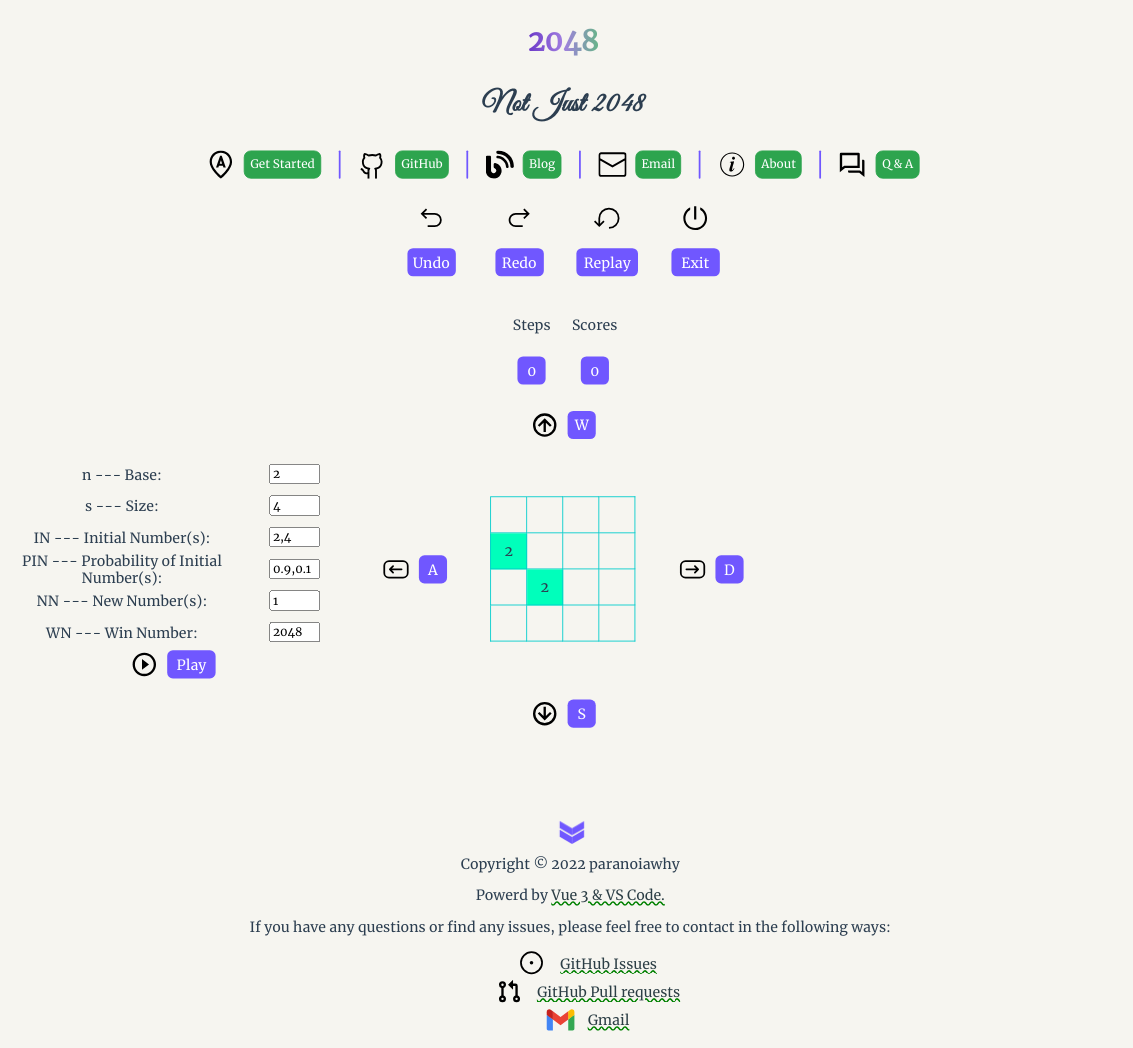
Repository: 321paranoiawhy/2048
Page: /
The author's editor kept a copy of each file at every save. The page is drawn from the files as they stood at one save, then again after the next save.
The browser window is 1280 px wide. The page is 1288 px wide, so the pictures cover 1288 px, including what lies to the right of the window. The pictures show the whole page, at 88% of full size.
The project was rebuilt for these pictures with package versions that can differ from the ones it lists, and the page was loaded fresh each time. Also part of the build but not shown: vue.config.js.

Above is the page before, as saved 2022-04-29 21:52:15.

After the next save:
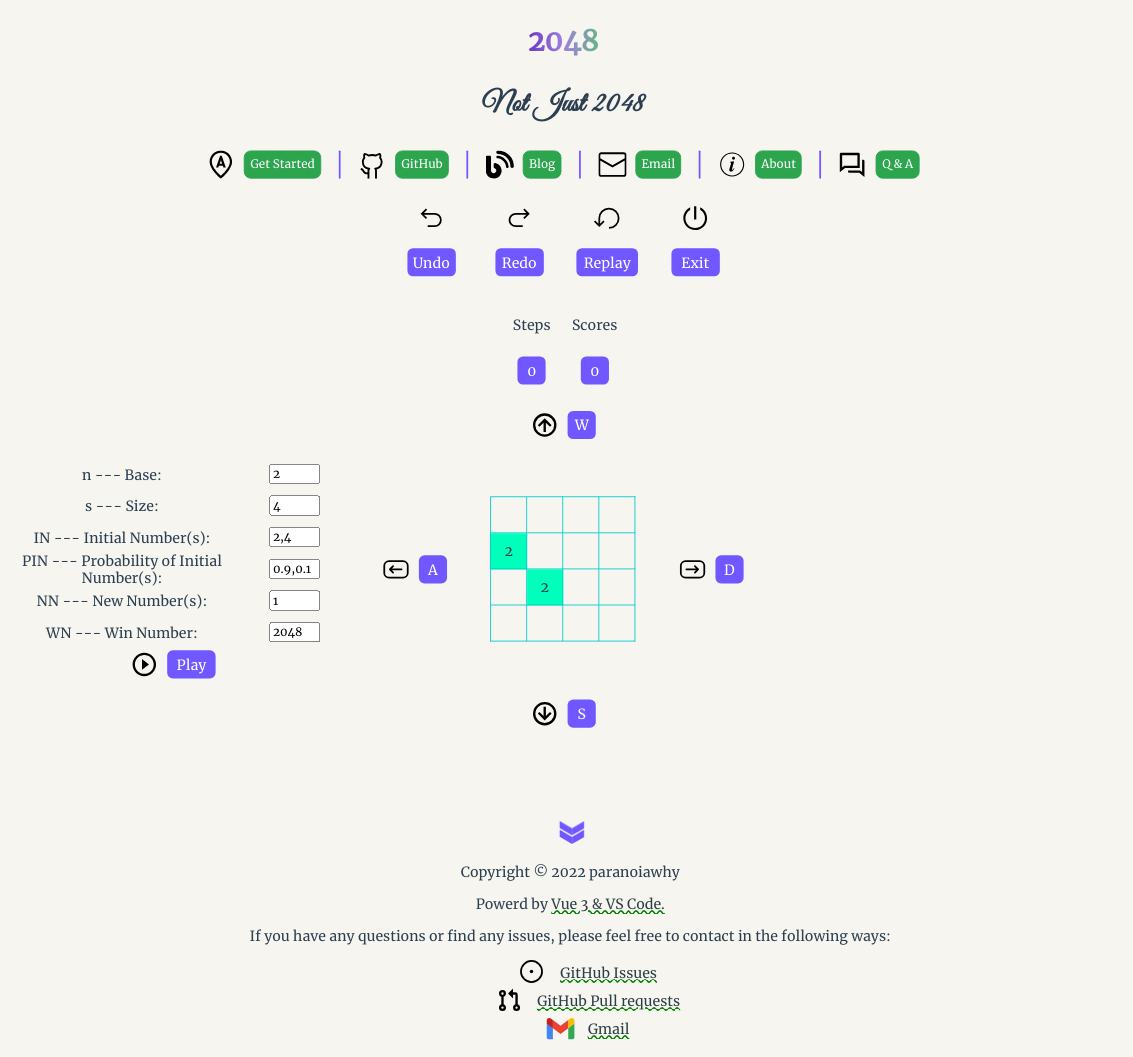
Saved 6 s later.
--- a/src/components/footer.vue
+++ b/src/components/footer.vue
@@ -89,7 +89,7 @@ footer {
         position: relative;
         width: 24px;
         height: 24px;
-        margin: 0 auto 40px;
+        margin: 0 auto 50px;
     }
 }
 
